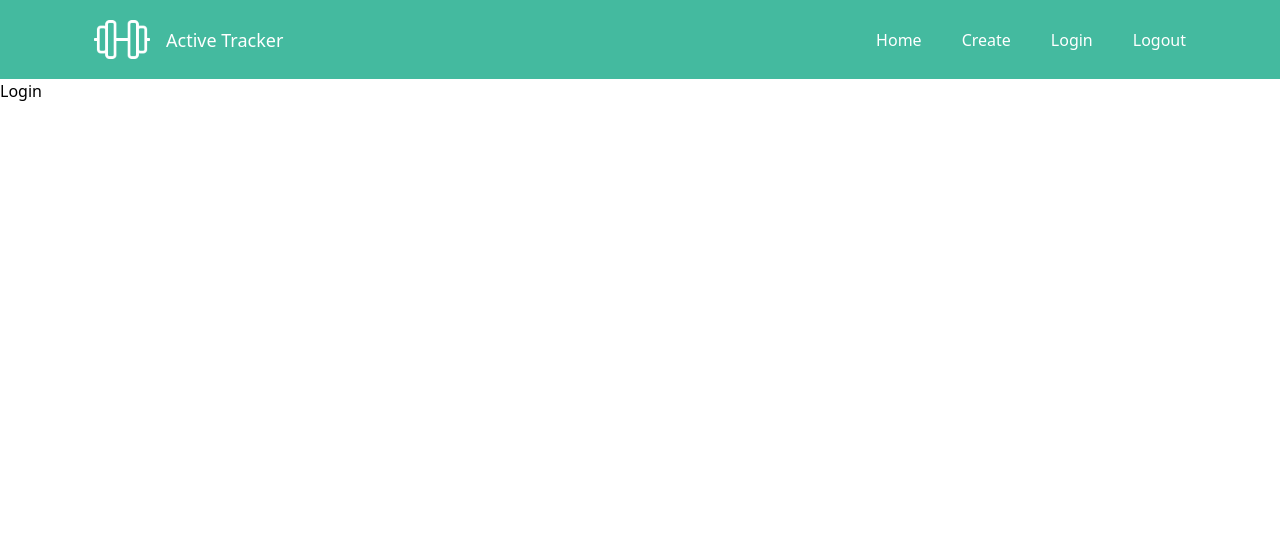
Repository: echoyol/VueWorkoutTrackerApp
Page: /login
These files come from the project's save history. The page is drawn as it stood at one moment and after the next save; the edit follows.
The browser window is 1280 px wide. The pictures show the whole page.
The project was rebuilt for these pictures with package versions that can differ from the ones it lists, and the page was loaded fresh each time. Also part of the build but not shown: src/views/Home.vue, src/views/Register.vue.

Above is the page before, as saved 2022-03-08 20:06:01.

### src/App.vue
<template>
  <div>
    <Navigation />
    <router-view />
  </div>
</template>

<script>
import Navigation from "./components/Navigation.vue";
export default {
  components: {
    Navigation,
  },
  setup() {
    // Create data / vars

    // Check to see if user is already logged in

    // If user does not exist, need to make app ready

    // Runs when there is a auth state change
    // if user is logged in, this will fire

    return {};
  },
};
</script>

<style lang="scss">
@import url("https://fonts.googleapis.com/css2?family=Poppins:wght@100;200;300;400;500;600;700&display=swap");
</style>

### src/router/index.js
import { createRouter, createWebHistory } from "vue-router";
import Home from "../views/Home.vue";
import Login from "../views/Login";
import Register from "../views/Register";

const routes = [
  {
    path: "/",
    name: "Home",
    component: Home,
  },
  {
    path: "/login",
    name: "Login",
    component: Login,
  },
  {
    path: "/register",
    name: "Register",
    component: Register,
  },
];

const router = createRouter({
  history: createWebHistory(process.env.BASE_URL),
  routes,
});

// Change document titles

// Route guard for auth routes

export default router;

### src/components/Navigation.vue
<template>
  <header class="bg-at-light-green text-white">
    <nav
      class="container py-5 px-4 flex flex-col gap-4 items-center sm:flex-row"
    >
      <div class="flex items-center gap-x-4">
        <img class="w-14" src="../assets/images/dumbbell-light.png" alt="" />
        <h1 class="text-lg">Active Tracker</h1>
      </div>
      <ul class="flex flex-1 justify-end gap-x-10">
        <router-link class="cursor-pointer" :to="{ name: 'Home' }"
          >Home</router-link
        >
        <router-link class="cursor-pointer" :to="{ name: '' }"
          >Create</router-link
        >
        <router-link class="cursor-pointer" :to="{ name: 'Login' }"
          >Login</router-link
        >
        <li class="cursor-pointer">Logout</li>
      </ul>
    </nav>
  </header>
</template>

<script>
export default {
  setup() {
    // Get user from store

    // Setup ref to router

    // Logout function

    return {};
  },
};
</script>

### src/views/Login.vue
<template>
  <div>
    <h1>Login</h1>
  </div>
</template>

<script>
export default {
  name: "login",
  setup() {
    // Create data / vars

    // Login function

    return {};
  },
};
</script>

### tailwind.config.js
module.exports = {
  purge: { content: ["./public/**/*.html", "./src/**/*.vue"] },
  darkMode: false, // or 'media' or 'class'
  theme: {
    extend: {
      colors: {
        "at-light-green": "#44ba9f",
        "at-green": "#286d5d",
        "light-grey": "#f1f1f1",
      },
    },
    fontFamily: {
      Poppins: ["Poppins, sans-serif"],
    },
    flex: {
      "1": "1 1 0%",
      "2": "2 2 0%",
    },
    container: {
      center: true,
      screens: {
        lg: "1124px",
        xl: "1124px",
        "2xl": "1124px",
      },
    },
  },
  variants: {
    extend: {},
  },
  plugins: [],
};

Loaded but not shown: public/index.html (common file); src/main.js (common file); src/assets/tailwind.css (common file)

After the next save:
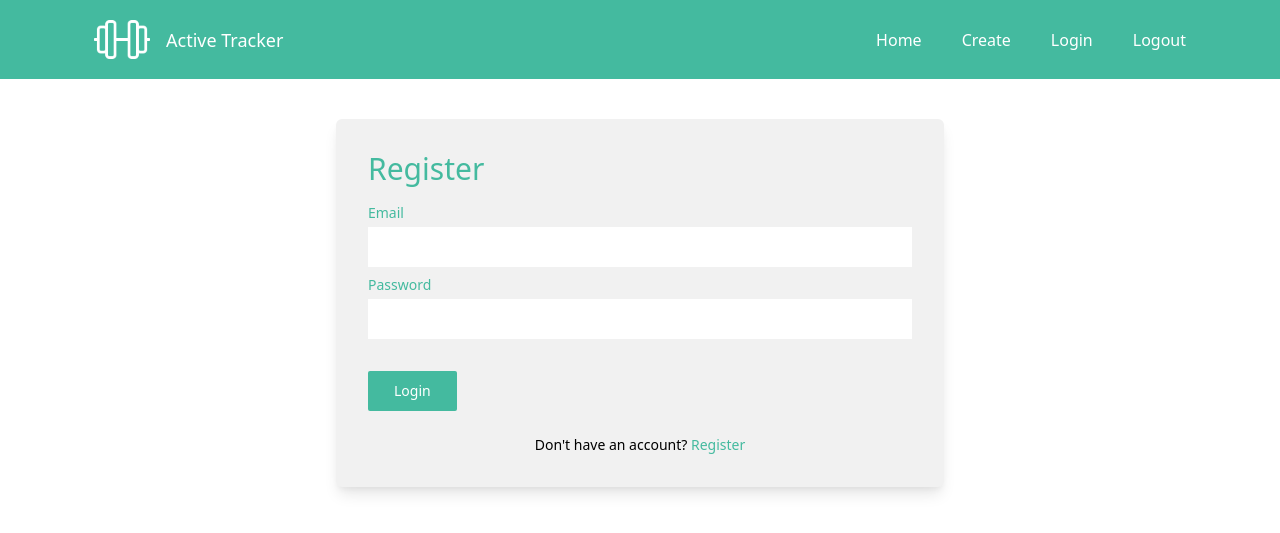
Saved 2 min 24 s later.
--- a/src/views/Login.vue
+++ b/src/views/Login.vue
@@ -1,18 +1,75 @@
 <template>
-  <div>
-    <h1>Login</h1>
+  <div class="max-w-screen-sm mx-auto px-4 py-10">
+    <!--Error Handling-->
+    <div v-if="errorMsg" class="mb-10 p-4 rounded-md bg-light-grey shadow-lg">
+      <p class="text-red-500">{{ errorMsg }}</p>
+    </div>
+
+    <!--Login-->
+    <form class="p-8 flex flex-col bg-light-grey rounded-md shadow-lg">
+      <h1 class="text-3xl text-at-light-green mb-4">Register</h1>
+
+      <div class="flex flex-col mb-2">
+        <label for="email" class="mb-1 text-sm text-at-light-green"
+          >Email</label
+        >
+        <input
+          type="text"
+          required
+          class="p-2 text-gray-500 focus:outline-none"
+          id="email"
+          v-model="email"
+        />
+      </div>
+
+      <div class="flex flex-col mb-2">
+        <label for="password" class="mb-1 text-sm text-at-light-green"
+          >Password</label
+        >
+        <input
+          type="password"
+          required
+          class="p-2 text-gray-500 focus:outline-none"
+          id="password"
+          v-model="password"
+        />
+      </div>
+
+      <button
+        type="submit"
+        class="mt-6 py-2 px-6 rounded-sm self-start
+      text-sm text-white bg-at-light-green duration-200
+      border-solid border-2 border-transparent hover:border-at-light-green hover:bg-white
+      hover:text-at-light-green"
+      >
+        Login
+      </button>
+
+      <router-link class="text-sm mt-6 text-center" :to="{ name: 'Register' }">
+        Don't have an account? <span class="text-at-light-green">Register</span>
+      </router-link>
+    </form>
   </div>
 </template>
 
 <script>
+import { ref } from "vue";
 export default {
-  name: "login",
+  name: "register",
   setup() {
     // Create data / vars
+    const email = ref(null);
+    const password = ref(null);
+    const confirmPassword = ref(null);
+    const errorMsg = ref(null);
+    // Register function
 
-    // Login function
-
-    return {};
+    return {
+      email,
+      password,
+      confirmPassword,
+      errorMsg,
+    };
   },
 };
 </script>
